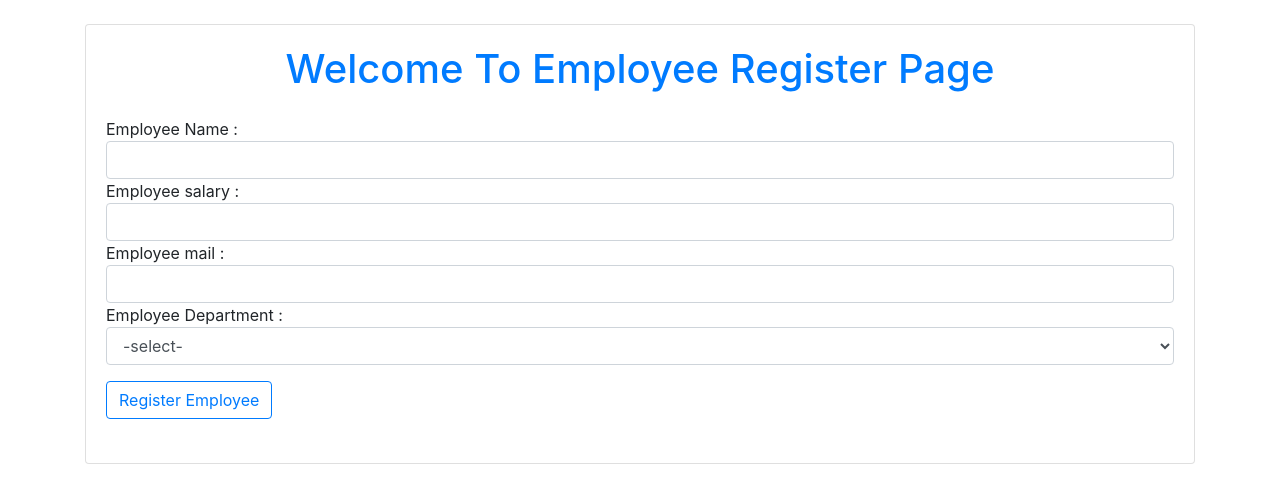
Repository: lokeshsukhwal/EmployeeMiniProject
Page: http://localhost/EmployeeRegister
An editor plug-in stored every save of this project. The page is shown before and after the next save, followed by the edit.
The browser window is 1280 px wide. The pictures show the whole page.
The page is this project's Thymeleaf template; nobody is signed in. The template is opened directly, without the code that normally fills it, so the values that code supplies are empty.

Above is the page before, as saved 2023-01-18 13:32:10.

After the next save:
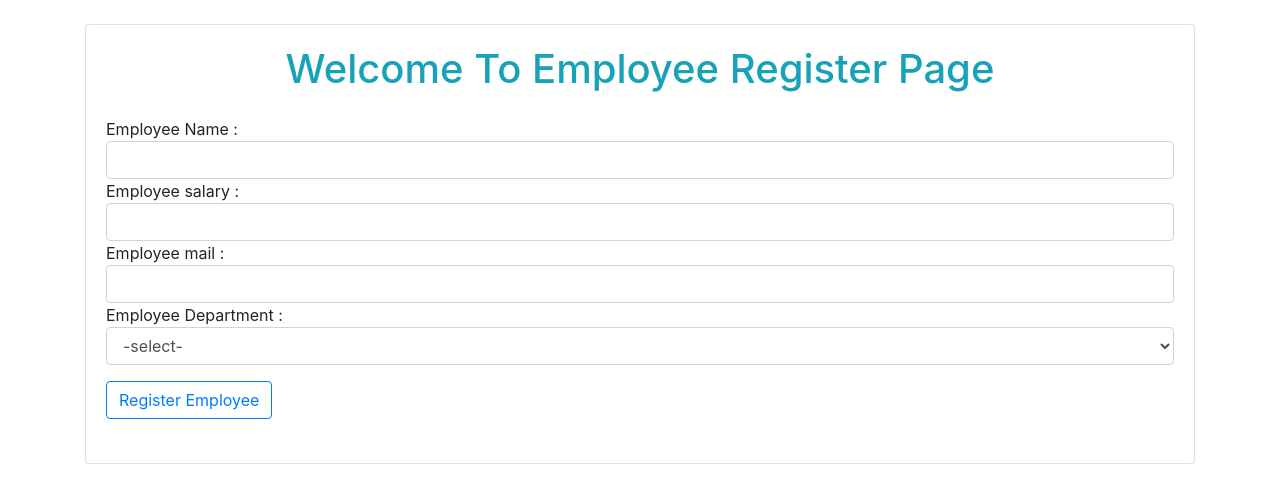
Saved 16 s later.
--- a/SpringBootMvc-ThymeleafMySqlCrudMiniProject/src/main/resources/templates/EmployeeRegister.html
+++ b/SpringBootMvc-ThymeleafMySqlCrudMiniProject/src/main/resources/templates/EmployeeRegister.html
@@ -11,7 +11,7 @@
 	<div class="container">
 		<div class="card mt-4 ">
 			<div class="card-body ">
-				<h1 class=" text-primary text-center">Welcome To Employee
+				<h1 class=" text-info text-center">Welcome To Employee
 					Register Page</h1>
 		<form th:action="@{/employee/save}" method="POST" class="mt-4 form ">
 			Employee Name : <input type="text" name="empName"class="form-control">
